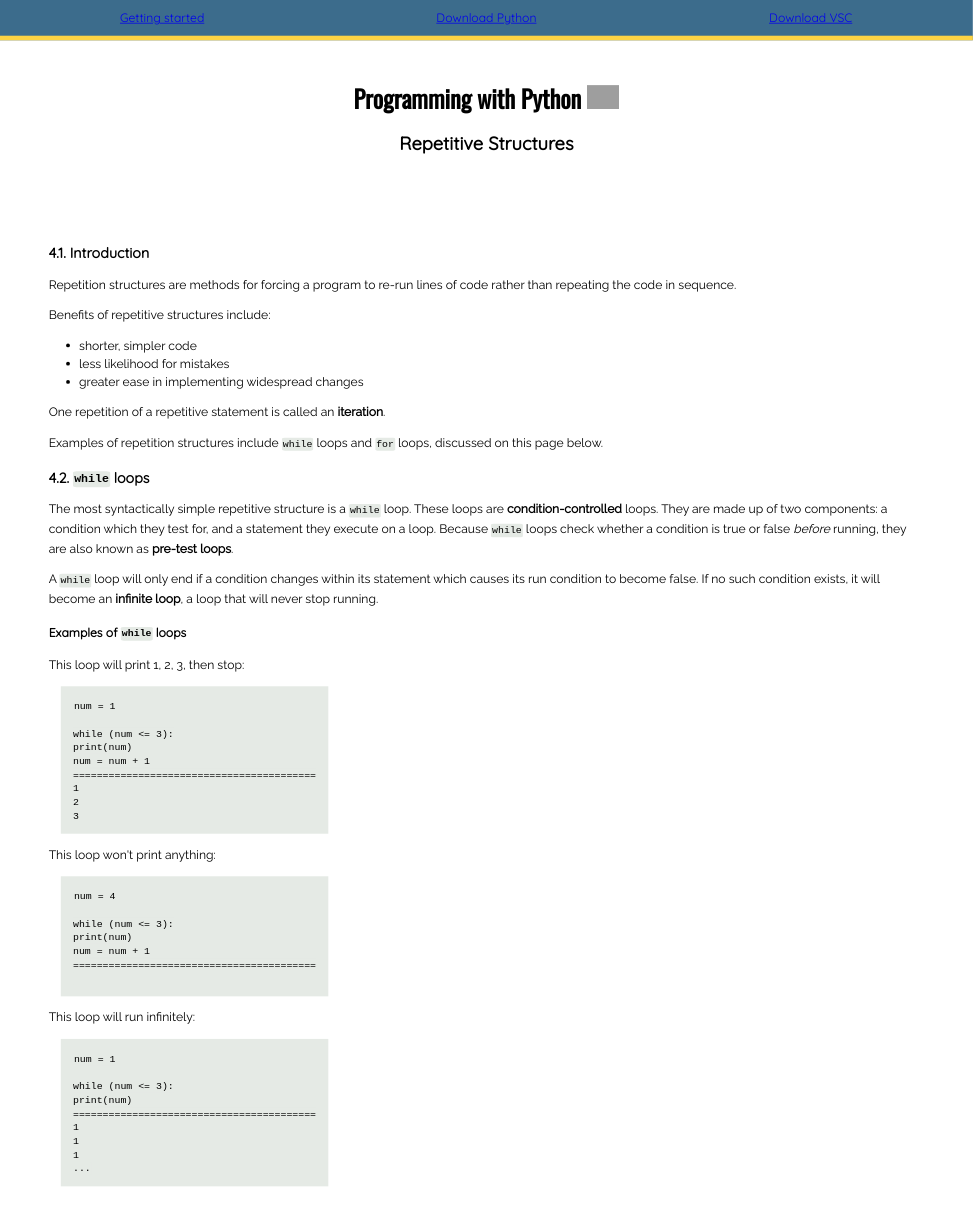
Repository: emnharris/FreeCodeCampChallenges
Page: responsive-web-design/technical-documentation-page/python-tutorial.html
An editor plug-in stored every save of this project. The page is shown before and after the next save, followed by the edit.
The browser window is 1280 px wide. The pictures show the whole page, at 76% of full size.
Pictures or frames that could not be fetched are drawn as grey boxes.

Above is the page before, as saved 2020-04-16 18:18:36.

### responsive-web-design/technical-documentation-page/python-tutorial.html
<!DOCTYPE html>
<html>
    <head>
        <!--Import fonts-->
        <link href="https://fonts.googleapis.com/css2?family=Oswald&family=Quicksand&family=Raleway&display=swap" rel="stylesheet">

        <!--Import stylesheet-->
        <link rel="stylesheet" type="text/css" href="python-tutorial.css">
    </head>

    <body>
        <title>
            Programming with Python: Repetition Structures
        </title>
        <navbar id="navbar">
            <h2><a href="https://github.com/emnharris/COSC-1336/wiki">Getting started</a></h2>
            <h2><a href="https://www.python.org/downloads/" target="_blank">Download Python</a></h2>
            <h2><a href="https://code.visualstudio.com/download" target="_blank">Download VSC</a></h2>
        </navbar>
        <header>
            <h1>Programming with Python
            <img src="https://www.stickpng.com/assets/images/5848152fcef1014c0b5e4967.png" alt="python logo" id="logo"></h1>
            <h2>Repetitive Structures</h2>

        </header>
        <main>
            <section id="intro">
                <h3>4.1. Introduction </h3>
                <p>Repetition structures are methods for forcing a program to re-run lines of code rather than repeating the code in sequence.</p>

                <p>Benefits of repetitive structures include:</p>
                <ul>
                    <li>shorter, simpler code</li>
                    <li>less likelihood for mistakes</li>
                    <li>greater ease in implementing widespread changes</li>
                </ul>

                <p>One repetition of a repetitive statement is called an <b>iteration</b>.</p>

                <p>Examples of repetition structures include <code>while</code> loops and <code>for</code> loops, discussed on this page below.</p>
            </section>
            <section id="4.2">
                <h3>4.2. <code>while</code> loops</h3>
                <p>The most syntactically simple repetitive structure is a <code>while</code> loop. These loops are <b>condition-controlled</b> loops. They are made up of two components: a condition which they test for, and a statement they execute on a loop. Because <code>while</code> loops check whether a condition is true or false <i>before</i> running, they are also known as <b>pre-test loops</b>.</p>

                <p>A <code>while</code> loop will only end if a condition changes within its statement which causes its run condition to become false. If no such condition exists, it will become an <b>infinite loop</b>, a loop that will never stop running.</p>

                <h4>Examples of <code>while</code> loops</h4>

                <p>This loop will print 1, 2, 3, then stop:</p>
                <div id="code-block">
                    <code>
                        num = 1
                        <br>
                        <br>while (num <= 3):
                        <br>    print(num)
                        <br>    num = num + 1
                        <br>=========================================
                        <br>1
                        <br>2
                        <br>3
                    </code>
                </div>

                <p>This loop won't print anything:</p>
                <div id="code-block">
                    <code>
                        num = 4
                        <br>
                        <br>while (num <= 3):
                        <br>    print(num)
                        <br>    num = num + 1
                        <br>=========================================
                        <br>
                        <br>
                    </code>
                </div>
                <p>This loop will run infinitely:</p>
                <div id="code-block">
                    <code>
                        num = 1
                        <br>
                        <br>while (num <= 3):
                        <br>    print(num)
                        <br>=========================================
                        <br>1
                        <br>1
                        <br>1
                        <br>...
                    </code>
                </div>
            </section>
        </main>
    </body>
</html>

### responsive-web-design/technical-documentation-page/python-tutorial.css
code {
    background-color: rgb(229, 234, 229);
    padding: .1em;
    border-radius: 10%;
}
#code-block {
    background-color: rgb(229, 234, 229);
    padding: 1em;
    width: 40ch;
    margin: 1em;
}
body {
    margin: 0px;
}
main {
    margin: 5%;
}
a:visited {
    color: white;
    text-decoration: none;
}
h1 {
    font-family: 'Oswald', sans-serif;
    text-align: center;
}
h2 {
    font-family: 'Quicksand', sans-serif;
    text-align: center;
    text-decoration: none;
}
h3, h4 {
    font-family: 'Quicksand', sans-serif;
}
p, li {
    font-family: 'Raleway', sans-serif;
    line-height: 1.5em;
}
/* navbar styling */
#navbar {
    background-color: rgb(60, 108, 140);
    display: grid;
    grid-template-columns: 1fr 1fr 1fr;
    align-items: center;
    text-align: center;
    border-bottom: rgb(252, 211, 68) 6px solid;
}

#navbar > h2 {
    font-size: 1em;
    color: white;
    font-weight: 400;
    text-decoration: none;
}

#navbar > a {
    text-decoration: none;
    color: white;
}

#navbar > a:hover {
    text-decoration: underline;
}

/* header styling */
header {
    /* background: rgb(229, 234, 229); */
    padding: 2em;
    background: linear-gradient(90deg, (rgb(229, 234, 229)), white);
}
#logo {
    height: 1em;
    width: auto;
}

After the next save:
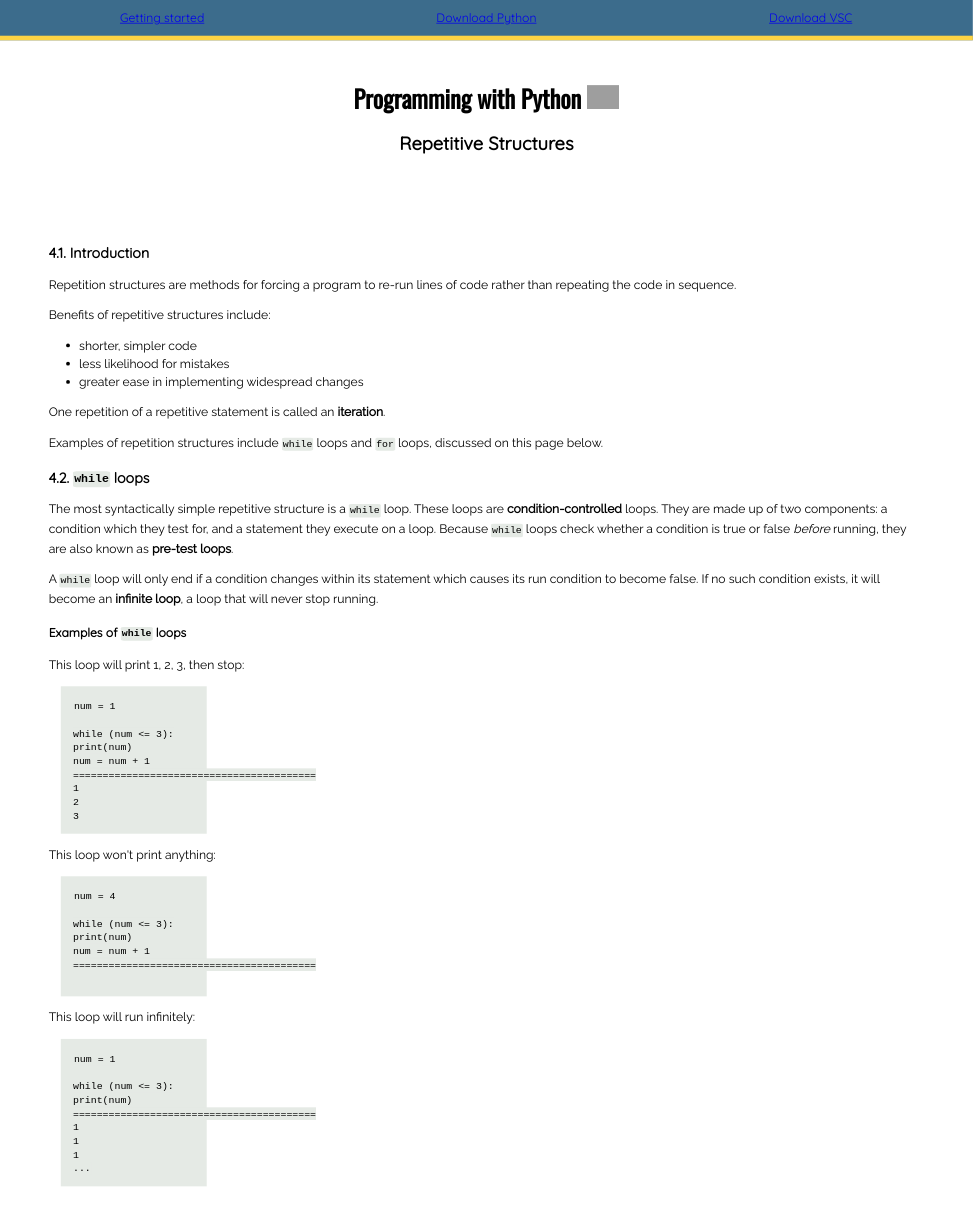
Saved 32 s later.
--- a/responsive-web-design/technical-documentation-page/python-tutorial.css
+++ b/responsive-web-design/technical-documentation-page/python-tutorial.css
@@ -6,7 +6,7 @@ code {
 #code-block {
     background-color: rgb(229, 234, 229);
     padding: 1em;
-    width: 40ch;
+    width: 20ch;
     margin: 1em;
 }
 body {
